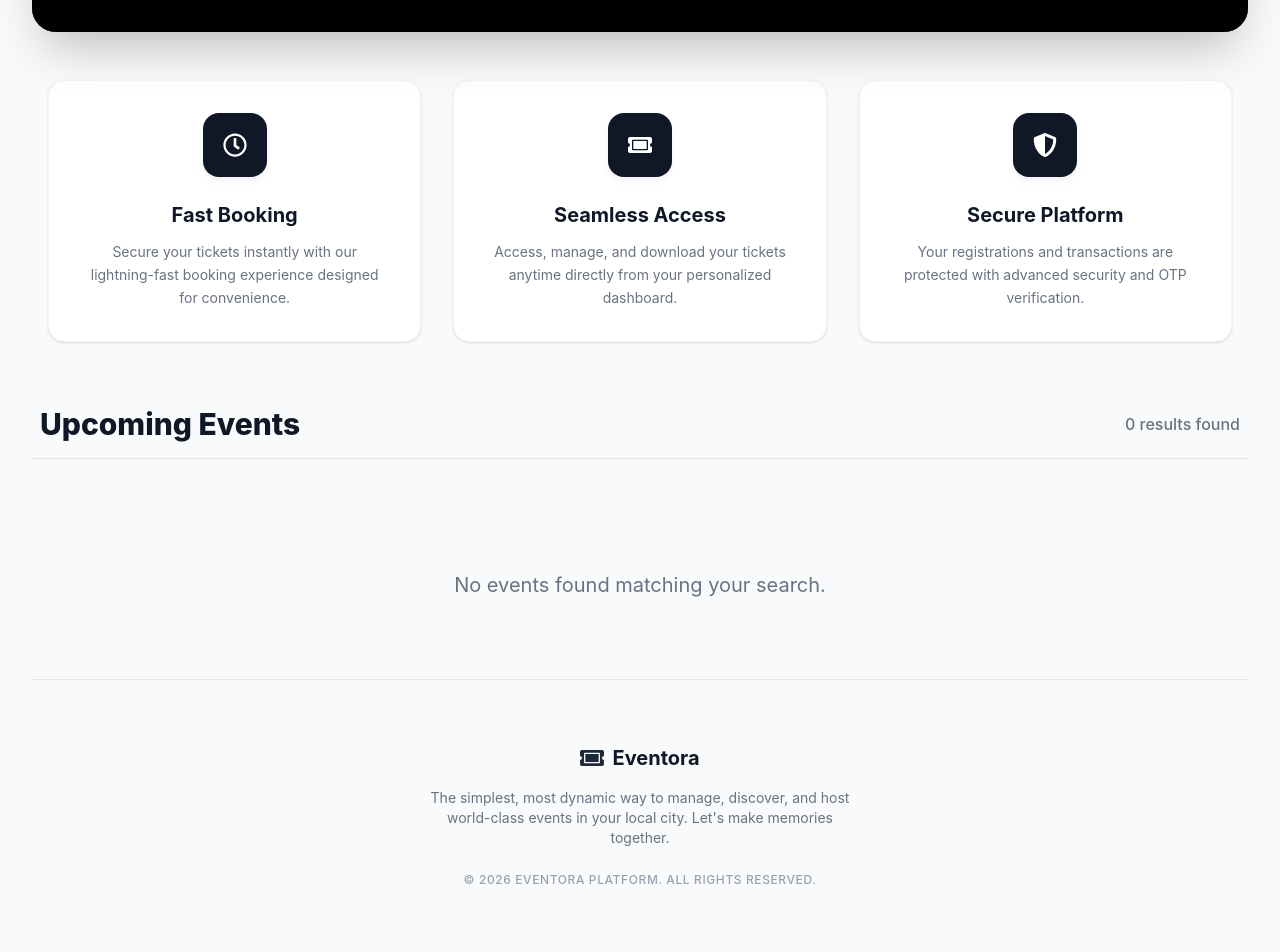
Repository: Rahul70079/Eventora---Full-Stack-Event-Booking-Platform
Page: / (app in Frontend/)
These files come from the project's save history. The page is drawn as it stood at one moment and after a run of saves; the edit follows.
The browser window is 1280 px wide. The pictures show the part of the page from y = 667 to 1619 px (the page is 1619 px tall before and 1599 px after).
Pictures or frames that could not be fetched are drawn as grey boxes. The page's requests for data from a server got no answer. The project was rebuilt for these pictures with package versions that can differ from the ones it lists, and the page was loaded fresh each time. No one was signed in, and anything a server would have sent is missing. Also part of the build but not shown: Frontend/vite.config.js, Frontend/src/pages/EventDetail.jsx, Frontend/src/pages/Login.jsx, Frontend/src/pages/Register.jsx, Frontend/src/pages/UserDashboard.jsx, Frontend/src/pages/AdminDashboard.jsx, Frontend/src/pages/PaymentSuccess.jsx, Frontend/src/pages/PaymentFailed.jsx.

Above is the page before, as saved 2026-05-10 19:46:28.

After the next 2 saves:
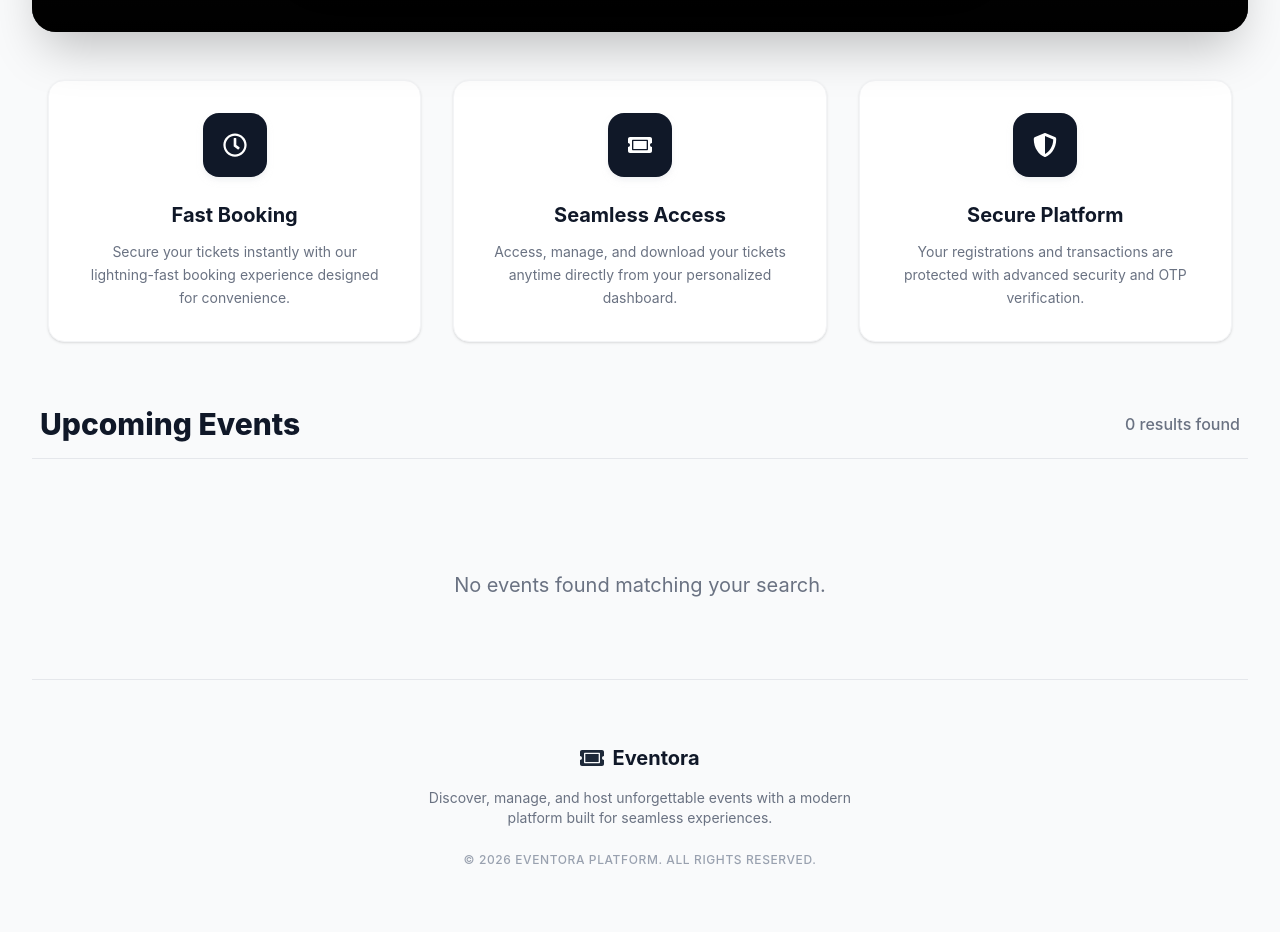
The 2 saves are shown as one change because they came seconds apart.
The last was saved 3 min 59 s later.
--- a/Frontend/src/pages/Home.jsx
+++ b/Frontend/src/pages/Home.jsx
@@ -139,7 +139,7 @@ const Home = () => {
                     <span className="text-xl font-bold text-gray-900">Eventora</span>
                 </div>
                 <p className="max-w-md mx-auto mb-6 text-sm text-gray-500">
-                    The simplest, most dynamic way to manage, discover, and host world-class events in your local city. Let's make memories together.
+                    Discover, manage, and host unforgettable events with a modern platform built for seamless experiences.
                 </p>
                 <div className="text-xs font-medium tracking-wider text-gray-400 uppercase">
                     &copy; {new Date().getFullYear()} Eventora Platform. All rights reserved.
